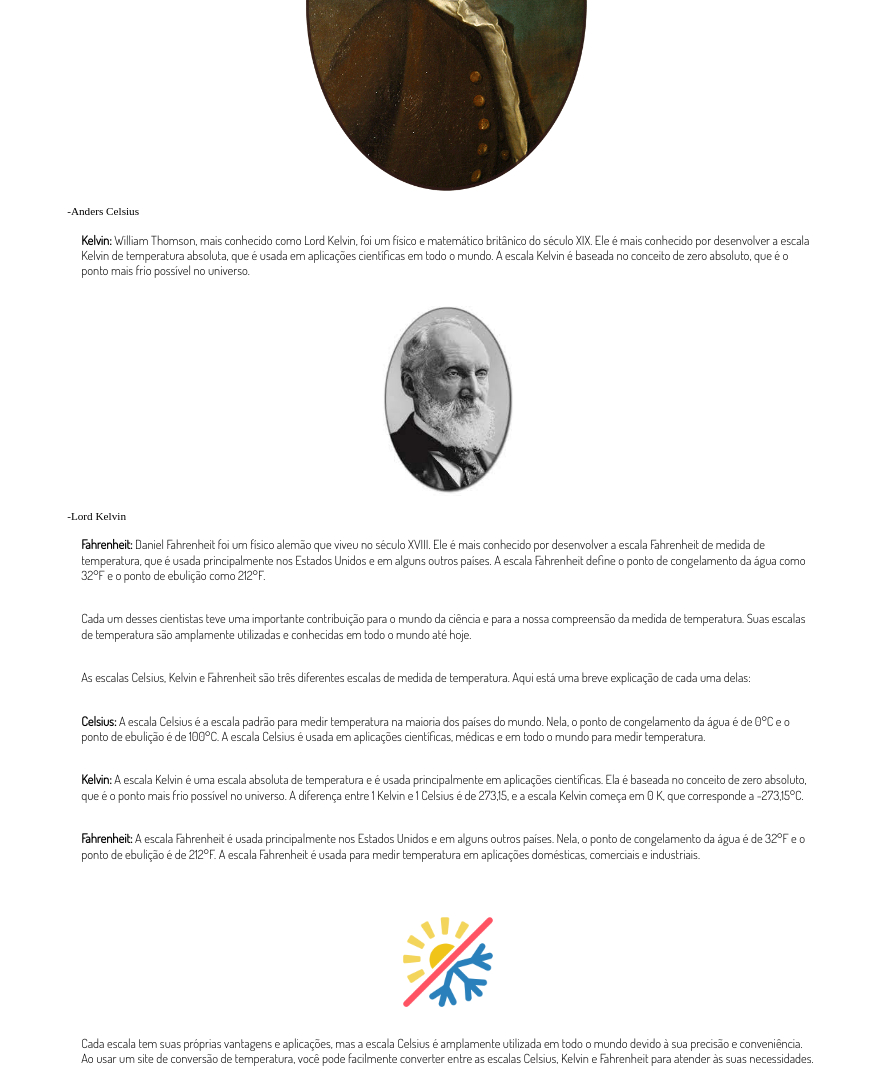
Repository: Leonngc/Conversor-de-temperatura
Page: history.html
The author's editor kept a copy of each file at every save. The page is drawn from the files as they stood at one save, then again after a run of saves.
The browser window is 1280 px wide. The pictures show the part of the page from y = 879 to 2799 px (the page is 2421 px tall before and 2799 px after), at 70% of full size.
Some web libraries are served in a nearby version.

Above is the page before, as saved 2023-02-12 01:08:17.

### history.html
<!DOCTYPE html>
<html lang="pt-br">
  <head>
    <meta charset="UTF-8" />
    <meta http-equiv="X-UA-Compatible" content="IE=edge" />
    <meta name="viewport" content="width=device-width, initial-scale=1.0" />
    <link
      rel="stylesheet"
      href="https://cdn-uicons.flaticon.com/uicons-bold-straight/css/uicons-bold-straight.css"
    />
    <link
      rel="stylesheet"
      href="https://cdn-uicons.flaticon.com/uicons-brands/css/uicons-brands.css"
    />
    <link rel="stylesheet" href="history.css" />
    <script src="scripts/menu.js" defer></script>
    <title>História</title>
  </head>
  <body>
    <header>
      <h1>Conversor de Temperatura</h1>
      <img src="image/urso-polar.png" alt="" /><button id="menu-button">
        <i class="fi fi-bs-menu-burger"></i>
      </button>

      <menu>
        <ul id="links-menu">
          <li><a href="about.html">Sobre a página</a></li>
          <li><a href="history.html">História</a></li>
          <li><a href="projects.html">Outros Projetos</a></li>
        </ul>
      </menu>
    </header>
    <main>
      <h2>História</h2>

      <article>
        <p>Celsius, Kelvin e Fahrenheit são nomes de três cientistas que desenvolveram as escalas de temperatura que levaram seus nomes. Aqui está uma breve introdução sobre cada um deles:</p>

<p><strong>Celsius:</strong> Anders Celsius foi um astrônomo sueco que viveu no início do século XVIII. Ele é mais conhecido por desenvolver a escala Celsius de medida de temperatura, que é amplamente usada em todo o mundo hoje. A escala Celsius é também conhecida como "escala centígrada" porque divide a diferença entre o ponto de congelamento e o ponto de ebulição da água em 100 partes iguais.</p>


<div>
    <img src="image/celsius.png" alt="Imagem de Anders Celsius" style="width: 35vw;"> <legend>-Anders Celsius</legend>
</div>

<p><strong>Kelvin:</strong> William Thomson, mais conhecido como Lord Kelvin, foi um físico e matemático britânico do século XIX. Ele é mais conhecido por desenvolver a escala Kelvin de temperatura absoluta, que é usada em aplicações científicas em todo o mundo. A escala Kelvin é baseada no conceito de zero absoluto, que é o ponto mais frio possível no universo.</p>


<div>
    <img src="image/kelvin.jpeg" alt="Kelvin imagem"> <legend>-Lord Kelvin</legend>
</div>

<p><strong>Fahrenheit:</strong> Daniel Fahrenheit foi um físico alemão que viveu no século XVIII. Ele é mais conhecido por desenvolver a escala Fahrenheit de medida de temperatura, que é usada principalmente nos Estados Unidos e em alguns outros países. A escala Fahrenheit define o ponto de congelamento da água como 32°F e o ponto de ebulição como 212°F.</p>

<p>Cada um desses cientistas teve uma importante contribuição para o mundo da ciência e para a nossa compreensão da medida de temperatura. Suas escalas de temperatura são amplamente utilizadas e conhecidas em todo o mundo até hoje.</p>
      </article>

      <article>
        <p>
          As escalas Celsius, Kelvin e Fahrenheit são três diferentes escalas de
          medida de temperatura. Aqui está uma breve explicação de cada uma
          delas:
        </p>

        <p>
          <strong>Celsius:</strong> A escala Celsius é a escala padrão para
          medir temperatura na maioria dos países do mundo. Nela, o ponto de
          congelamento da água é de 0°C e o ponto de ebulição é de 100°C. A
          escala Celsius é usada em aplicações científicas, médicas e em todo o
          mundo para medir temperatura.
        </p>

        <p>
          <strong>Kelvin:</strong> A escala Kelvin é uma escala absoluta de
          temperatura e é usada principalmente em aplicações científicas. Ela é
          baseada no conceito de zero absoluto, que é o ponto mais frio possível
          no universo. A diferença entre 1 Kelvin e 1 Celsius é de 273,15, e a
          escala Kelvin começa em 0 K, que corresponde a -273,15°C.
        </p>
        <p>
          <strong>Fahrenheit:</strong> A escala Fahrenheit é usada
          principalmente nos Estados Unidos e em alguns outros países. Nela, o
          ponto de congelamento da água é de 32°F e o ponto de ebulição é de
          212°F. A escala Fahrenheit é usada para medir temperatura em
          aplicações domésticas, comerciais e industriais.

          <div></div>
        </p>
        <div>
            <img src="image/temperaturas.png" alt="">
        </div>
        <p>
          Cada escala tem suas próprias vantagens e aplicações, mas a escala
          Celsius é amplamente utilizada em todo o mundo devido à sua precisão e
          conveniência. Ao usar um site de conversão de temperatura, você pode
          facilmente converter entre as escalas Celsius, Kelvin e Fahrenheit
          para atender às suas necessidades.
        </p>
      </article>
    </main>
  </body>
</html>

### history.css
@charset "UTF-8";
@import url('https://fonts.googleapis.com/css2?family= Dosis:wght@300 & display = swap');
@font-face {
    font-family: Title;
    src: url(fonts/IceCaps.ttf);
}

:root{
    --yellow: #F7FF58;
    --snow: #FBFBFF;
    --blackout: #040F16;
    --dosis: 'Dosis', sans-serif;
}

*{
    margin: 0;
    padding: 0;
    box-sizing: border-box;
}

header{
    background-color: #04A777;
    margin-bottom: 140px;
    max-width: 100vw;
    color: white;
    height: 27vh;
}

header > img{
    display: block;
    width: 38px;
}

header > h1{
    font-family: Title, sans-serif;
    font-weight: lighter;
    text-align: center;
    font-size: 35px;
    padding-top: 40px;
}

menu{
    background-color: #05C78D;
    padding: 10px;
    max-width: 100vw;
    display: none;
}

menu > ul{
    margin-left: 20px;
    font-size: 20px;
    font-family: var(--dosis);
    font-weight: bold;
    color: white;
}

menu > ul > li{
    padding: 5px;
}

li > a{
    text-decoration: none;
    color: #FBFBFF;
}

li > a:hover{
    color: #03583e;
    text-decoration: underline;
}

#menu-button{
    background-color: #03583e00;
    border: none;
    color: white;
    font-size: 40px;
    margin-left: 15px;
    margin-bottom: 12px;
}

main{
    margin: auto;
    width: 85vw;
}

main > h2{
    text-align: center;
    font-family: var(--dosis);
    padding: 20px;
}

article > p{
    font-family: var(--dosis);
    font-size: 18px;
    padding: 20px;
}

div > img{
    display: block;
    margin: auto;
    padding: 20px;
}

### scripts/menu.js
const menu = document.getElementById('menu-button');
const linkMenu = document.querySelector('menu')


menu.addEventListener('click', event =>{


    if(linkMenu.style.display =='none'){
        linkMenu.style.display = 'block'
    }else{
           linkMenu.style.display = 'none';
    }
})

After the next 3 saves:
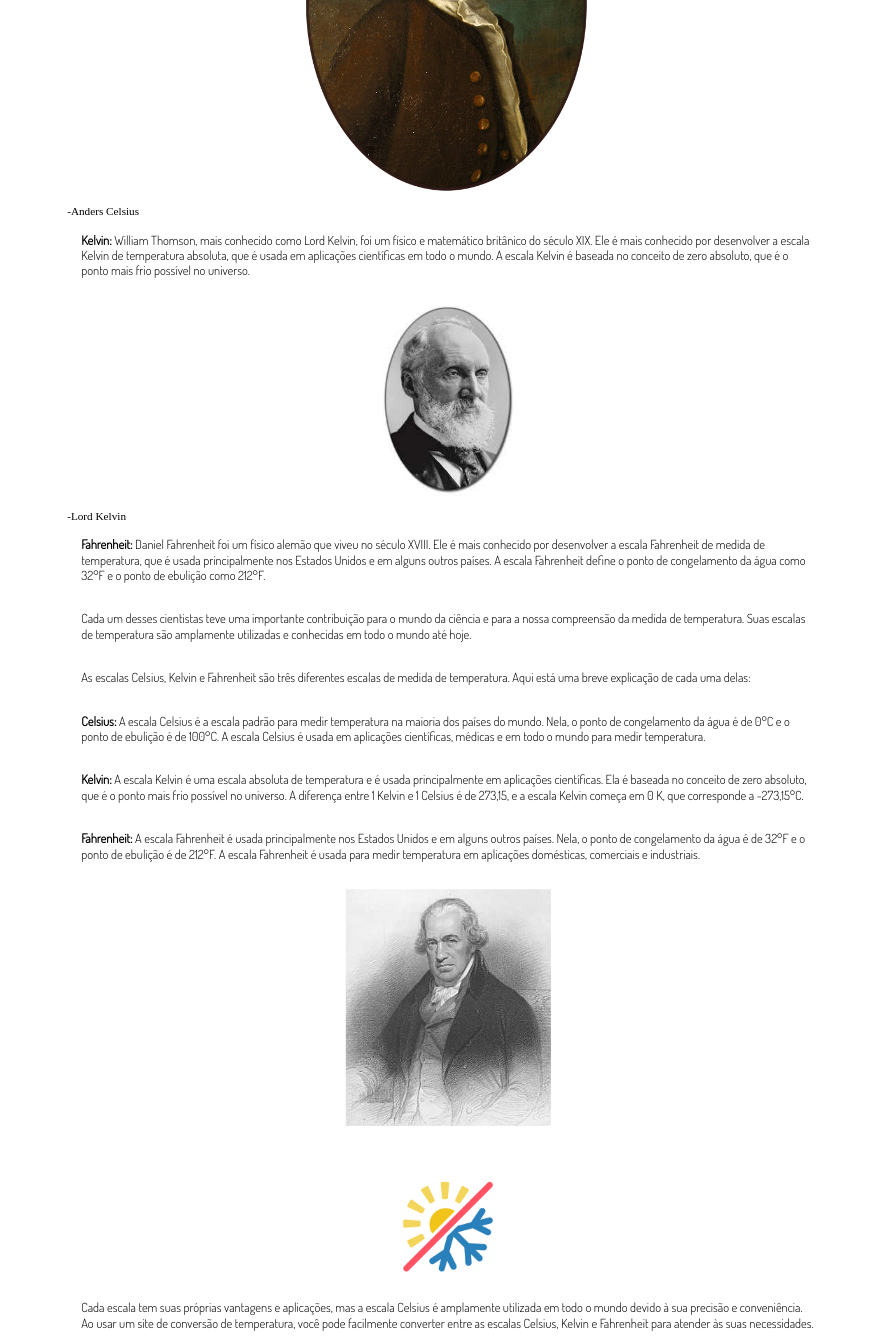
The 3 saves are shown as one change because they came seconds apart.
The last was saved 9 s later.
--- a/history.html
+++ b/history.html
@@ -85,7 +85,9 @@
           212°F. A escala Fahrenheit é usada para medir temperatura em
           aplicações domésticas, comerciais e industriais.
 
-          <div></div>
+          <div>
+            <img src="image/fahrenheit.jpg" alt="">
+          </div>
         </p>
         <div>
             <img src="image/temperaturas.png" alt="">
